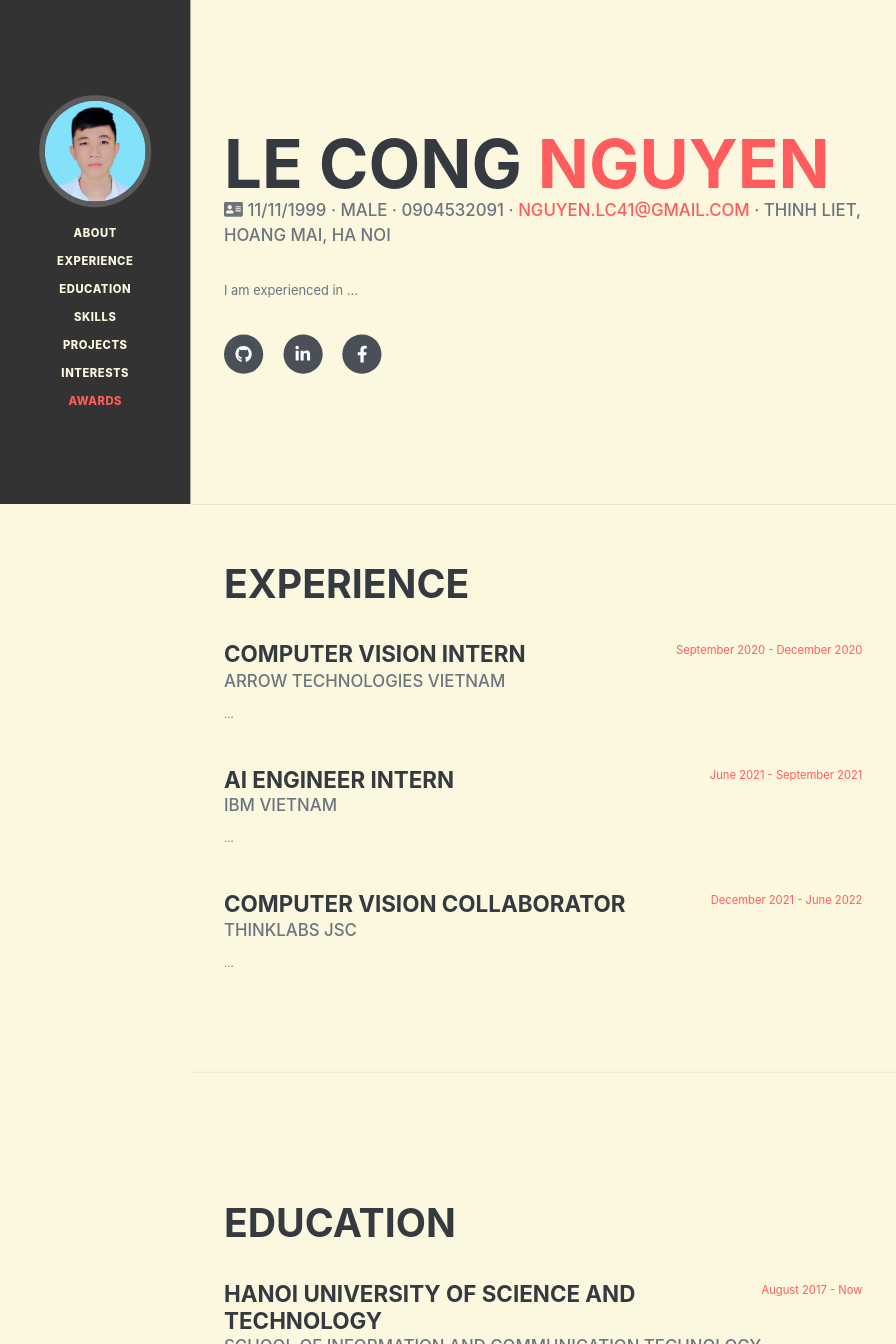
Repository: nguyenlcc/Online-CV
Page: index.html
These files come from the project's save history. The page is drawn as it stood at one moment and after the next save; the edit follows.
The browser window is 1280 px wide. The pictures show the part of the page from y = 0 to 1920 px (the page is 5136 px tall), at 70% of full size.
Some web fonts or font styles are not loaded; a fallback is used. Some web libraries are served in a nearby version.

Above is the page before, as saved 2022-05-23 01:55:53.

### index.html
<!DOCTYPE html>
<html lang="en">
  <head>
    <meta charset="utf-8" />
    <meta
      name="viewport"
      content="width=device-width, initial-scale=1, shrink-to-fit=no"
    />
    <meta name="description" content="" />
    <meta name="author" content="" />
    <title>Le Cong Nguyen</title>
    <link rel="icon" type="image/x-icon" href="assets/img/favicon.ico" />
    <!-- Font Awesome icons (free version)-->
    <script
      src="https://use.fontawesome.com/releases/v5.13.0/js/all.js"
      crossorigin="anonymous"
    ></script>
    <!-- Google fonts-->
    <link
      href="https://fonts.googleapis.com/css?family=Saira+Extra+Condensed:500,700"
      rel="stylesheet"
      type="text/css"
    />
    <link
      href="https://fonts.googleapis.com/css?family=Muli:400,400i,800,800i"
      rel="stylesheet"
      type="text/css"
    />
    <!-- Core theme CSS (includes Bootstrap)-->
    <link href="css/styles.css" rel="stylesheet" />
  </head>
  <body id="page-top">
    <!-- Navigation-->
    <nav
      class="navbar navbar-expand-lg navbar-dark bg-primary fixed-top"
      id="sideNav"
    >
      <a class="navbar-brand js-scroll-trigger" href="#page-top">
        <span class="d-block d-lg-none">LE CONG NGUYEN</span>
        <span class="d-none d-lg-block"
          ><img
            class="img-fluid img-profile rounded-circle mx-auto mb-2"
            src="assets/img/profile.jpg"
            alt=""
        /></span>
      </a>
      <button
        class="navbar-toggler"
        type="button"
        data-toggle="collapse"
        data-target="#navbarSupportedContent"
        aria-controls="navbarSupportedContent"
        aria-expanded="false"
        aria-label="Toggle navigation"
      >
        <span class="navbar-toggler-icon"></span>
      </button>
      <div class="collapse navbar-collapse" id="navbarSupportedContent">
        <ul class="navbar-nav">
          <li class="nav-item">
            <a class="nav-link js-scroll-trigger" href="#about">About</a>
          </li>
          <li class="nav-item">
            <a class="nav-link js-scroll-trigger" href="#experience"
              >Experience</a
            >
          </li>
          <li class="nav-item">
            <a class="nav-link js-scroll-trigger" href="#education"
              >Education</a
            >
          </li>
          <li class="nav-item">
            <a class="nav-link js-scroll-trigger" href="#skills">Skills</a>
          </li>
          <li class="nav-item">
            <a class="nav-link js-scroll-trigger" href="#projects">Projects</a>
          </li>
          <li class="nav-item">
            <a class="nav-link js-scroll-trigger" href="#interests"
              >Interests</a
            >
          </li>
          <li class="nav-item">
            <a class="nav-link js-scroll-trigger" href="#awards">Awards</a>
          </li>
        </ul>
      </div>
    </nav>
    <!-- Page Content-->
    <div class="container-fluid p-0">
      <!-- About-->
      <section class="resume-section" id="about">
        <div class="resume-section-content">
          <h1 class="mb-0">
            LE CONG
            <span class="text-primary">NGUYEN</span>
          </h1>
          <div class="subheading mb-5">
            <i class="fas fa-address-card"></i>
            11/11/1999 · Male · 0904532091 ·
            <a href="mailto:name@email.com">nguyen.lc41@gmail.com</a>
            · Thinh Liet, Hoang Mai, Ha Noi
          </div>
          <p class="lead mb-5">
            I am experienced in ...
          </p>
          <div class="social-icons">
            <a class="social-icon" href="https://github.com/nguyenlecong"
              ><i class="fab fa-github"></i
            ></a>
            <a
              class="social-icon"
              href="https://www.linkedin.com/in/nguy%C3%AAn-l%C3%AA-c%C3%B4ng-0b1731233/"
            >
              <i class="fab fa-linkedin-in"></i>
            </a>
            <a class="social-icon" href="https://www.facebook.com/nguyenlc5139/"
              ><i class="fab fa-facebook-f"></i
            ></a>
          </div>
        </div>
      </section>
      <hr class="m-0" />
      <!-- Experience-->
      <section class="resume-section" id="experience">
        <div class="resume-section-content">
          <h2 class="mb-5">Experience</h2>
          <div
            class="d-flex flex-column flex-md-row justify-content-between mb-5"
          >
            <div class="flex-grow-1">
              <h3 class="mb-0">Computer Vision Intern</h3>
              <div class="subheading mb-3">Arrow Technologies Vietnam</div>
              <p>
                ...
              </p>
            </div>
            <div class="flex-shrink-0">
              <span class="text-primary">September 2020 - December 2020</span>
            </div>
          </div>
          <div
            class="d-flex flex-column flex-md-row justify-content-between mb-5"
          >
            <div class="flex-grow-1">
              <h3 class="mb-0">AI Engineer Intern</h3>
              <div class="subheading mb-3">IBM Vietnam</div>
              <p>
                ...
              </p>
            </div>
            <div class="flex-shrink-0">
              <span class="text-primary">June 2021 - September 2021</span>
            </div>
          </div>
          <div
            class="d-flex flex-column flex-md-row justify-content-between mb-5"
          >
            <div class="flex-grow-1">
              <h3 class="mb-0">Computer Vision Collaborator</h3>
              <div class="subheading mb-3">ThinkLABs JSC</div>
              <p>
                ...
              </p>
            </div>
            <div class="flex-shrink-0">
              <span class="text-primary">December 2021 - June 2022</span>
            </div>
          </div>
        </div>
      </section>
      <hr class="m-0" />
      <!-- Education-->
      <section class="resume-section" id="education">
        <div class="resume-section-content">
          <h2 class="mb-5">Education</h2>
          <div
            class="d-flex flex-column flex-md-row justify-content-between mb-5"
          >
            <div class="flex-grow-1">
              <h3 class="mb-0">HANOI UNIVERSITY OF SCIENCE AND TECHNOLOGY</h3>
              <div class="subheading mb-3">
                SCHOOL OF INFORMATION AND COMMUNICATION TECHNOLOGY
              </div>
              <div>Computer Science</div>
              <p>GPA: 3.16</p>
            </div>
            <div class="flex-shrink-0">
              <span class="text-primary">August 2017 - Now</span>
            </div>
          </div>
        </div>
      </section>
      <hr class="m-0" />
      <!-- Skills-->
      <section class="resume-section" id="skills">
        <div class="resume-section-content">
          <h2 class="mb-5">Skills</h2>
          <div class="subheading mb-3">Programming Languages & Tools</div>
          <ul class="list-inline dev-icons">
            <li class="list-inline-item"><i class="fab fa-python"></i></li>
            <li class="list-inline-item"><i class="fab fa-github"></i></li>
            <li class="list-inline-item"><i class="..."></i></li>
          </ul>
          <div class="subheading mb-3">Workflow</div>
          <ul class="fa-ul mb-0">
            <li>
              <span class="fa-li"><i class="fas fa-check"></i></span>
              Git, Github for Teamwork
            </li>
            <li>
              <span class="fa-li"><i class="fas fa-check"></i></span>
              ...
            </li>
          </ul>
        </div>
      </section>
      <hr class="m-0" />
      <!-- Projects-->
      <section class="resume-section" id="projects">
        <div class="resume-section-content">
          <h2 class="mb-5">Projects</h2>
          <li>...</li>
          <!-- <div class="subheading mb-3">Programming Languages & Tools</div>
          <ul class="list-inline dev-icons">
            <li class="list-inline-item"><i class="fab fa-python"></i></li>
            <li class="list-inline-item"><i class="fab fa-github"></i></li>
            <li class="list-inline-item"><i class="fab fa-github"></i></li>
          </ul>
          <div class="subheading mb-3">Workflow</div>
          <ul class="fa-ul mb-0">
            <li>
              <span class="fa-li"><i class="fas fa-check"></i></span>
              Mobile-First, Responsive Design
            </li>
            <li>
              <span class="fa-li"><i class="fas fa-check"></i></span>
              Cross Browser Testing & Debugging
            </li>
          </ul>
        </div> -->
      </section>
      <hr class="m-0" />
      <!-- Interests-->
      <section class="resume-section" id="interests">
        <div class="resume-section-content">
          <h2 class="mb-5">Interests</h2>
          <p>
            Apart from being a web developer, I enjoy most of my time being
            outdoors...
          </p>
          <p class="mb-0">
            When forced indoors, I ...
          </p>
        </div>
      </section>
      <hr class="m-0" />
      <!-- Awards-->
      <section class="resume-section" id="awards">
        <div class="resume-section-content">
          <h2 class="mb-5">Awards & Certifications</h2>
          <ul class="fa-ul mb-0">
            <li>
              <span class="fa-li"
                ><i class="fas fa-trophy text-warning"></i
              ></span>
              Silver Medal for Excellence in Mathematics on Casio Calculator in
              12th Grade
            </li>
            <li>
              <span class="fa-li"
                ><i class="fas fa-trophy text-warning"></i
              ></span>
              Consolation Prize in the Provincial Examination for Excellent
              Students in Mathematics in 12th Grade
            </li>
            <li>
              <span class="fa-li"
                ><i class="fas fa-trophy text-warning"></i
              ></span>
              Level B of Scholarships for the Term 2 of the School Year
              2020-2021, Hanoi University of Science and Technology
            </li>
            <li>
              <span class="fa-li"
                ><i class="fas fa-trophy text-warning"></i
              ></span>
              Level A of Scholarships for the Term 1 of the School Year
              2021-2022, Hanoi University of Science and Technology
            </li>
          </ul>
        </div>
      </section>
    </div>
    <!-- Bootstrap core JS-->
    <script src="https://cdnjs.cloudflare.com/ajax/libs/jquery/3.5.1/jquery.min.js"></script>
    <script src="https://stackpath.bootstrapcdn.com/bootstrap/4.5.0/js/bootstrap.bundle.min.js"></script>
    <!-- Third party plugin JS-->
    <script src="https://cdnjs.cloudflare.com/ajax/libs/jquery-easing/1.4.1/jquery.easing.min.js"></script>
    <!-- Core theme JS-->
    <script src="js/scripts.js"></script>
  </body>
</html>

### js/scripts.js
/*!
    * Start Bootstrap - Resume v6.0.1 (https://startbootstrap.com/template-overviews/resume)
    * Copyright 2013-2020 Start Bootstrap
    * Licensed under MIT (https://github.com/StartBootstrap/startbootstrap-resume/blob/master/LICENSE)
    */
    (function ($) {
    "use strict"; // Start of use strict

    // Smooth scrolling using jQuery easing
    $('a.js-scroll-trigger[href*="#"]:not([href="#"])').click(function () {
        if (
            location.pathname.replace(/^\//, "") ==
                this.pathname.replace(/^\//, "") &&
            location.hostname == this.hostname
        ) {
            var target = $(this.hash);
            target = target.length
                ? target
                : $("[name=" + this.hash.slice(1) + "]");
            if (target.length) {
                $("html, body").animate(
                    {
                        scrollTop: target.offset().top,
                    },
                    1000,
                    "easeInOutExpo"
                );
                return false;
            }
        }
    });

    // Closes responsive menu when a scroll trigger link is clicked
    $(".js-scroll-trigger").click(function () {
        $(".navbar-collapse").collapse("hide");
    });

    // Activate scrollspy to add active class to navbar items on scroll
    $("body").scrollspy({
        target: "#sideNav",
    });
})(jQuery); // End of use strict

Loaded but not shown: css/styles.css (library)

After the next save:
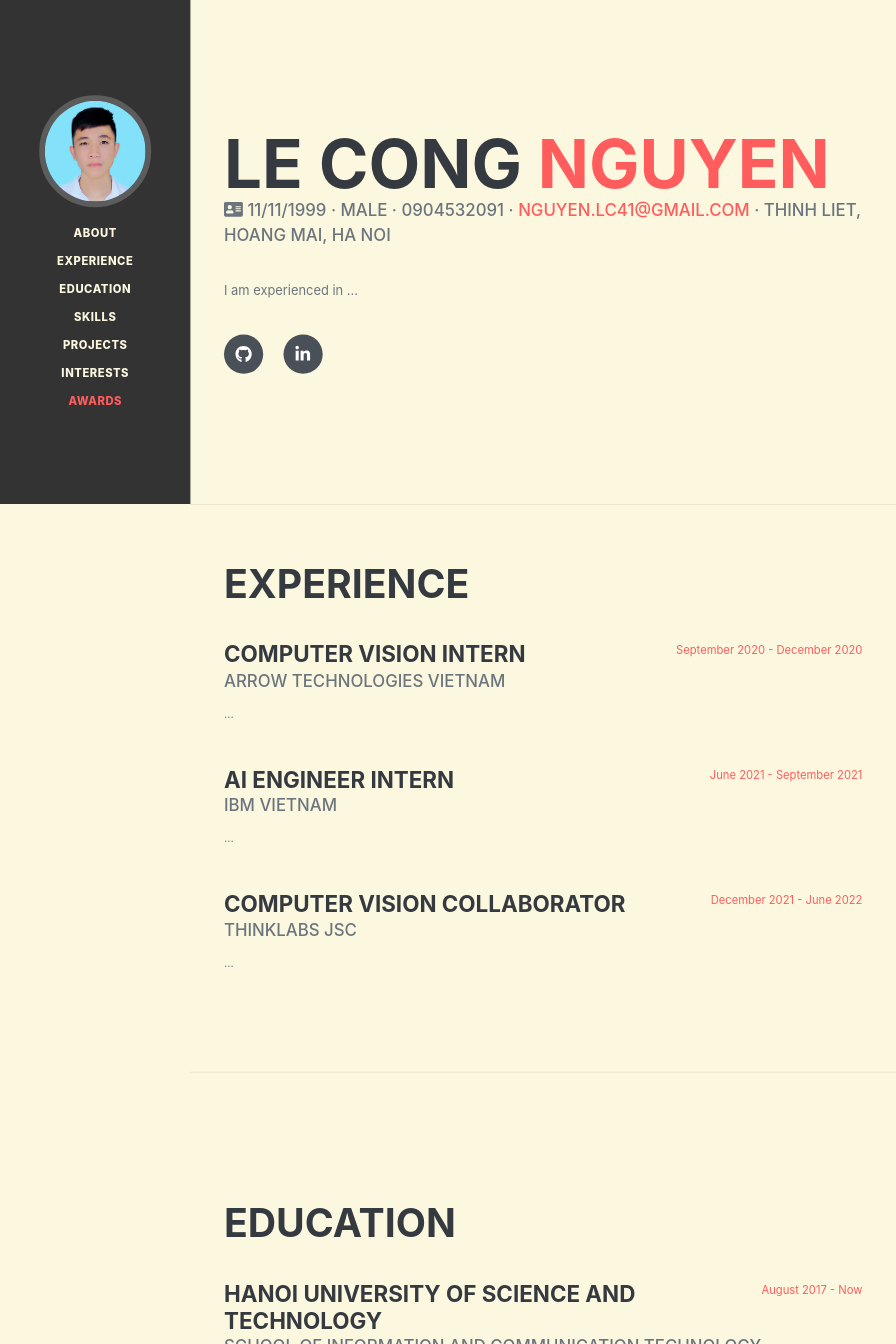
Saved 9 h 53 min later.
--- a/index.html
+++ b/index.html
@@ -115,9 +115,9 @@
             >
               <i class="fab fa-linkedin-in"></i>
             </a>
-            <a class="social-icon" href="https://www.facebook.com/nguyenlc5139/"
+            <!-- <a class="social-icon" href="https://www.facebook.com/nguyenlc5139/"
               ><i class="fab fa-facebook-f"></i
-            ></a>
+            ></a> -->
           </div>
         </div>
       </section>
